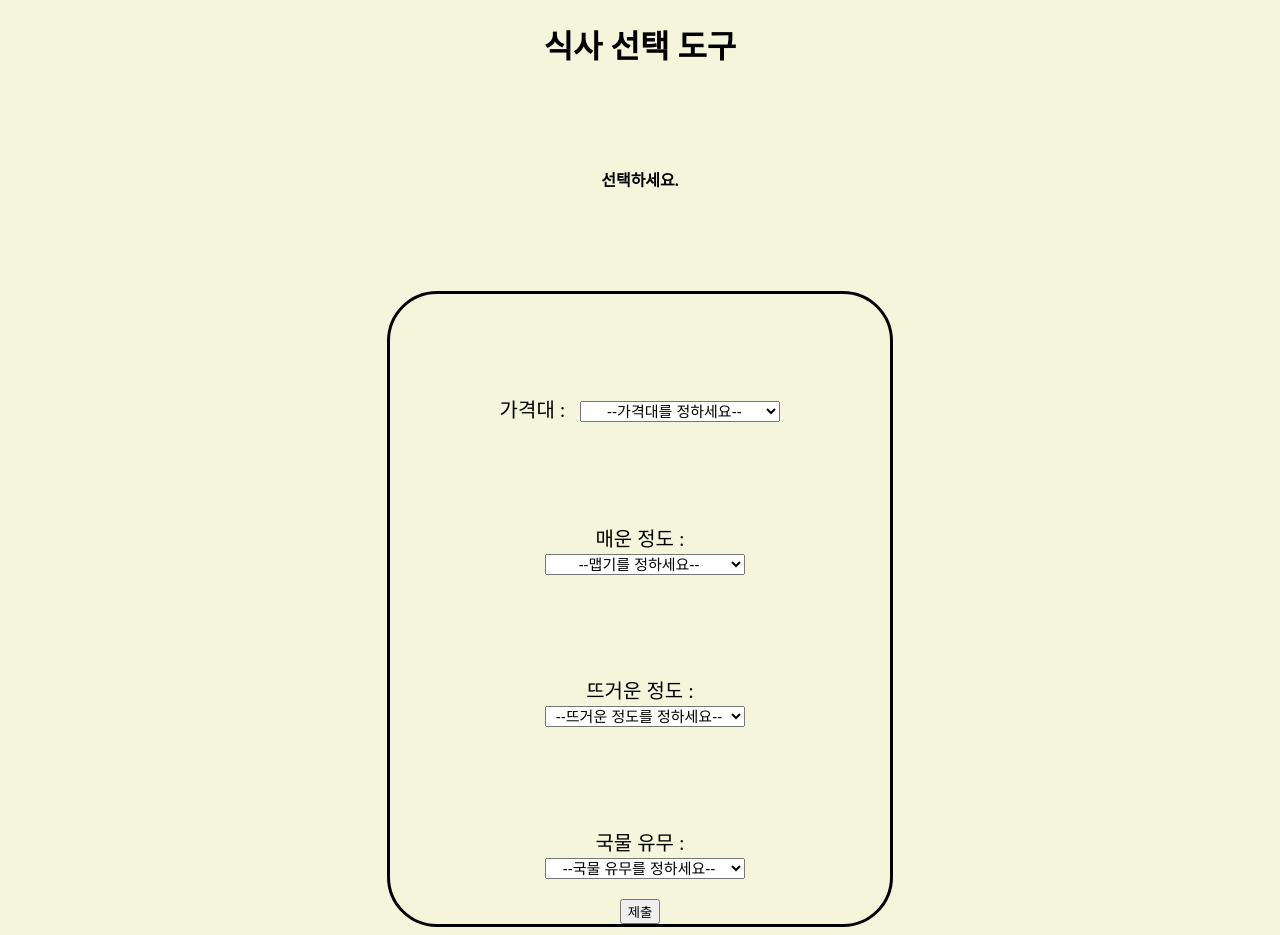
Repository: kimgh06/JavaWeb
Page: http://localhost/what/
An editor plug-in stored every save of this project. The page is shown before and after the next save, followed by the edit.
The browser window is 1280 px wide. The pictures show the whole page.
The page is served by Tomcat 9. Other server files are loaded and not shown.

Above is the page before, as saved 2022-11-04 01:03:19.

### what/src/main/webapp/index.jsp
<%@ page language="java" contentType="text/html; charset=EUC-KR"
	pageEncoding="EUC-KR"%>
<!DOCTYPE html>
<html>
<head>
<meta charset="EUC-KR">
<title>식사 선택 도구</title>
<link href="./main.css?after" rel="stylesheet" type="text/css">
</head>
<body>
	<div id="main">
		<h1>식사 선택 도구</h1>
		<div>
		<b>선택하세요.</b>
		</div>
		<form id="form">
			<div>
				<label>가격대 :</label> <select>
					<option value="-1">--가격대를 정하세요--</option>
					<option value="1">8000원 이하</option>
					<option value="2">13000원 이하</option>
					<option value="3">18000원 이하</option>
					<option value="4">23000원 이하</option>
					<option value="5">23000원 이상</option>
				</select>
			</div>
			<div>
				<label>매운 정도 :</label> <select>
					<option value="-1">--맵기를 정하세요--</option>
					<option value="하">맵지 않음</option>
					<option value="중">적당히 매움</option>
					<option value="상">매움</option>
				</select>
			</div>
			<div>
				<label>뜨거운 정도 :</label> <select>
					<option value="-1">--뜨거운 정도를 정하세요--</option>
					<option value="하">뜨겁지 않음</option>
					<option value="중">따뜻함</option>
					<option value="상">뜨거움</option>
				</select>
			</div>
			<div>
				<label>국물 유무 :</label> <select>
					<option value="-1">--국물 유무를 정하세요--</option>
					<option value="0">없음</option>
					<option value="1">있음</option>
				</select>
			</div>
			<button>제출</button>
		</form>
	</div>
</body>
</html>

### what/src/main/webapp/main.css
@CHARSET "UTF-8";

body{
	background-color: beige;
}

#main{
	text-align: center;
	display: block;
}

#main div{
	margin:100px;
}

#form{
	width: 500px;
	display: block;
	border: 3px solid black;
	border-radius: 50px;
	margin:auto;
}

#form div{
	font-size: 20px;
	margin-bottom: 20px;
}
#form div select{
	text-align:center;
	margin-left: 10px;
	width:200px;
	font-size: 15px;
}

After the next save:
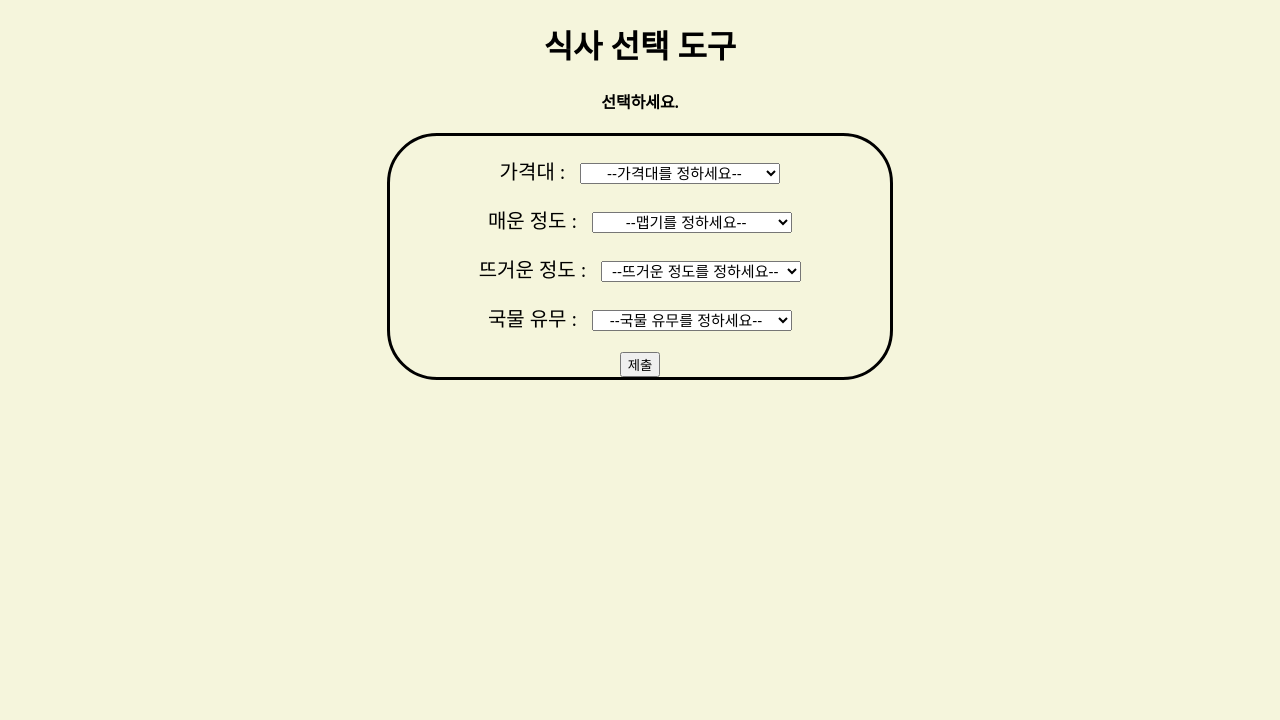
Saved 52 s later.
--- a/what/src/main/webapp/main.css
+++ b/what/src/main/webapp/main.css
@@ -10,7 +10,7 @@ body{
 }
 
 #main div{
-	margin:100px;
+	margin:20px;
 }
 
 #form{
